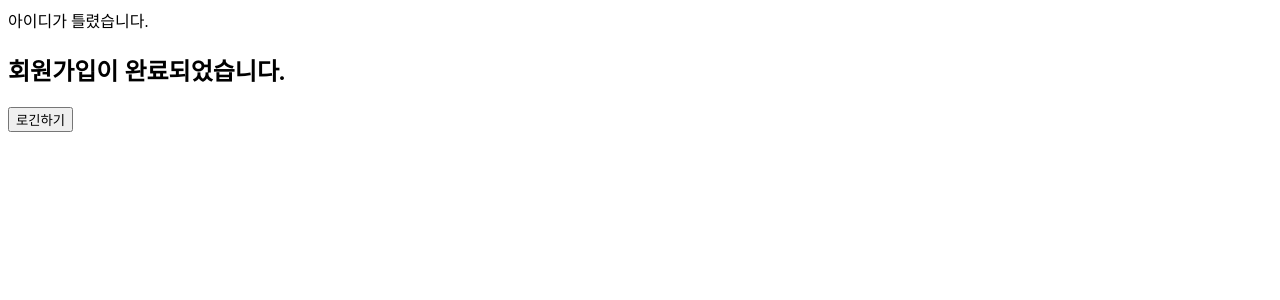
Repository: Chaelin02/2-_JSP
Page: http://localhost/BasicJSP/jdbc07/memberPro_2312.jsp
These files come from the project's save history. The page is drawn as it stood at one moment and after the next save; the edit follows.
The browser window is 1280 px wide. The pictures show the whole page.
The page is served by Tomcat 9. Other server files are loaded and not shown. Queries for data that is not in the repository find no rows.

Above is the page before, as saved 2019-06-24 02:37:03.

### BasicJSP/WebContent/jdbc07/memberPro_2312.jsp
<%@ page language="java" contentType="text/html; charset=UTF-8"
    pageEncoding="UTF-8"%>
    <%@page import="java.sql.*" %>
<!DOCTYPE html>
<html>
<head>
<meta charset="UTF-8">
<title>Insert title here</title>
</head>
<body>
	<%request.setCharacterEncoding("utf-8"); %>

<%
	String id = request.getParameter("id");
	String pwd = request.getParameter("pwd");
	String name = request.getParameter("name");
	String num1 = request.getParameter("num1");
	String num2 = request.getParameter("num2");
	String email = request.getParameter("email");
	String phone = request.getParameter("phone");
	String zipcode = request.getParameter("zipcode");
	String address = request.getParameter("address");
	String job = request.getParameter("job");
	session.setAttribute("idkey",request.getParameter("id"));
	session.setAttribute("pwd",request.getParameter("pwd"));


	System.out.println("id : " + id);
	System.out.println("pwd : " + pwd);
	System.out.println("name : " + name);
	System.out.println("num1 : "+ num1);
	System.out.println("num2 : "+ num2);
	System.out.println("email : " + email);
	System.out.println("phone : "+ phone);
	System.out.println("zipcode : "+ zipcode);
	System.out.println("address : "+ address);
	System.out.println("job : "+ job);


	Connection conn = null;    //데이터 베이스 접속할려고  //드라이버 매니져가 만들어줌 드라이버매니져는 클렉스포 네임이 만들어줬다.
	PreparedStatement pstmt = null;
	ResultSet rs = null;

	String str = "";
	try {
		String jdbcUrl = "jdbc:mysql://localhost:3306/mydb";
		String dbId = "root";
		String dbPwd = "mirim2";


		Class.forName("org.gjt.mm.mysql.Driver");
		conn = DriverManager.getConnection(jdbcUrl, dbId, dbPwd);

		String sql = "select id , pwd from tblregister where id =?";

		pstmt = conn.prepareStatement(sql);
		pstmt.setString(1, id);
		rs = pstmt.executeQuery();
		if(rs.next()){   //한 건이 있을때 if사용하고 여려개면 while문을 쓴다.  내용이 하나라도 있다면.
			String rId = rs.getString("id");
			String rPwd = rs.getString("pwd");

			if(id.equals(rId) && pwd.equals(rPwd)) {
			  sql = "insert into tblRegister(id, pwd, name, num1, num2, email, phone, zipcode, address, job) values (?, ?, ?, ?, ?,?,?,?,?)";
				pstmt = conn.prepareStatement(sql);
				pstmt.setString(1, id);
				pstmt.setString(2, pwd);
				pstmt.setString(3, name);
				pstmt.setString(4, num1);
				pstmt.setString(5, num2);
				pstmt.setString(6, email);
				pstmt.setString(7, phone);
				pstmt.setString(8, zipcode);
				pstmt.setString(9, address);
				pstmt.setString(10, job);
				pstmt.executeUpdate();

	%>
	회원가입이 완료되었습니다.
	<%

			}else
				out.println("패스워드가 틀렸습니다.");
		}  else
				out.println("아이디가 틀렸습니다.");
		}catch(Exception e){
			e.printStackTrace();
			str = "데이터 업데이트에 실패했습니다.";
	} finally {
			if(rs != null)
			try {rs.close();} catch(SQLException sqle) {}
		if(pstmt != null)
			try {pstmt.close();} catch(SQLException sqle) {}
		if(conn != null)
			try {conn.close();} catch(SQLException sqle) {}

	}


	%>

<h2>회원가입이 완료되었습니다.</h2>
<input type=button value="로긴하기" onClick="javascript:location.href='login_2312.jsp'">
</center>
</body>
</html>

After the next save:
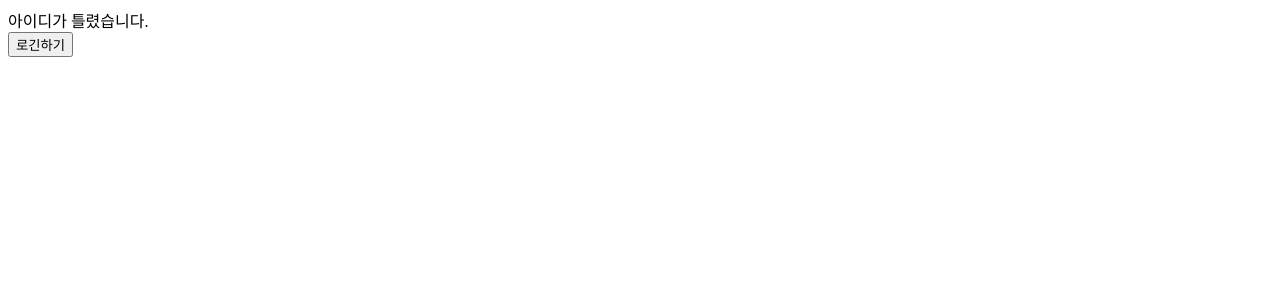
Saved 2 min 28 s later.
--- a/BasicJSP/WebContent/jdbc07/memberPro_2312.jsp
+++ b/BasicJSP/WebContent/jdbc07/memberPro_2312.jsp
@@ -76,7 +76,7 @@
 				pstmt.executeUpdate();
 
 	%>
-	회원가입이 완료되었습니다.
+	<h2>회원가입이 완료되었습니다.</h2>
 	<%
 
 			}else
@@ -99,8 +99,11 @@
 
 	%>
 
-<h2>회원가입이 완료되었습니다.</h2>
-<input type=button value="로긴하기" onClick="javascript:location.href='login_2312.jsp'">
+	<form method="post" action=useJDBC.jsp>
+		<input type=button value="로긴하기" onClick="javascript:location.href='login_2312.jsp'">
+	</form>
+
+
 </center>
 </body>
 </html>
